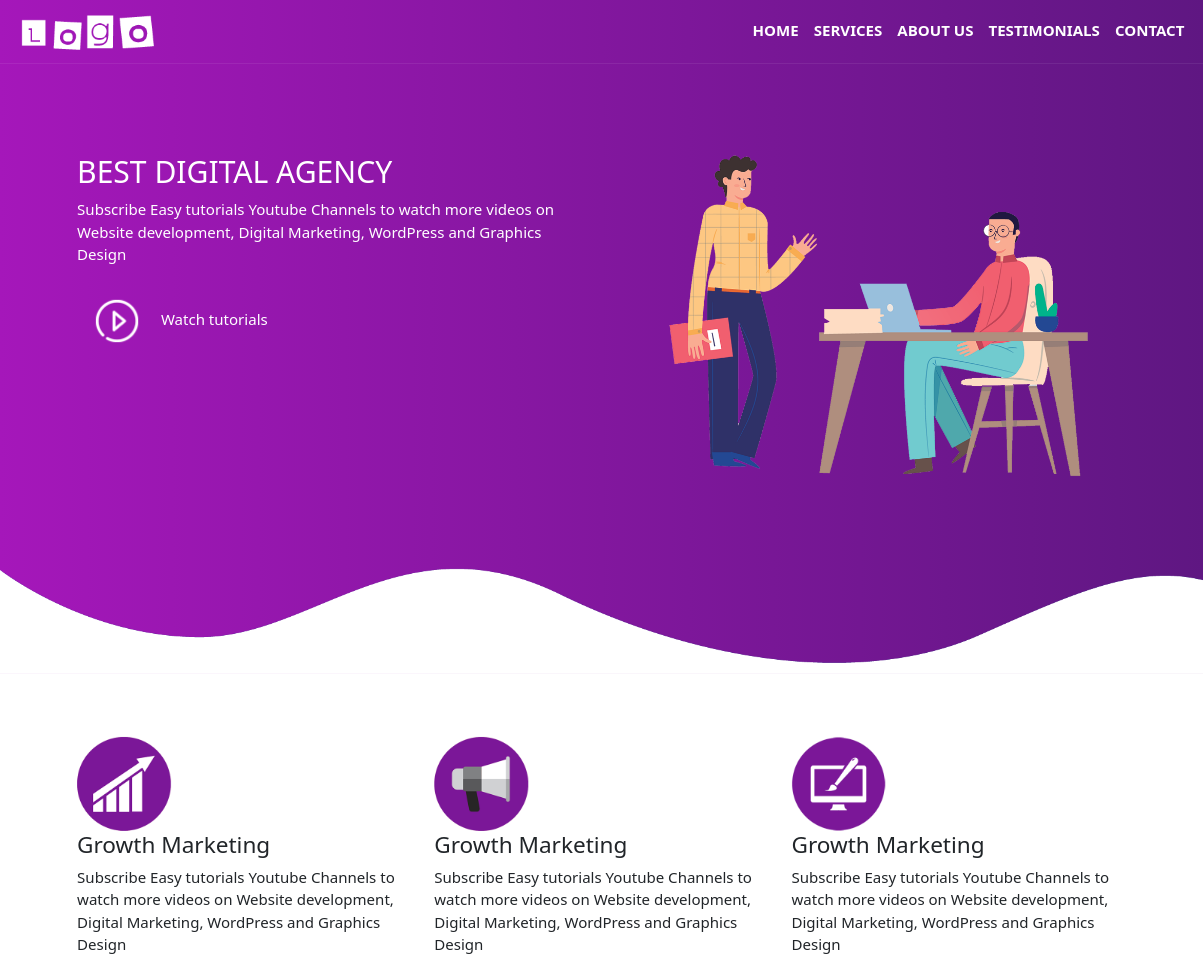
Repository: wadelfadill/Bootstrap_tache_2_website_design
Page: index.html
An editor plug-in stored every save of this project. The page is shown before and after the next save, followed by the edit.
The browser window is 1280 px wide. The pictures show the whole page, at 94% of full size.
Some web libraries are served in a nearby version.

Above is the page before, as saved 2023-04-05 16:24:28.

### index.html
<!DOCTYPE html>
<html lang="en">
<head>
    <meta charset="UTF-8">
    <meta http-equiv="X-UA-Compatible" content="IE=edge">
    <meta name="viewport" content="width=device-width, initial-scale=1.0">
    <!-- bootstrap css link -->
    <link href="https://cdn.jsdelivr.net/npm/bootstrap@5.1.3/dist/css/bootstrap.min.css" rel="stylesheet" integrity="sha384-1BmE4kWBq78iYhFldvKuhfTAU6auU8tT94WrHftjDbrCEXSU1oBoqyl2QvZ6jIW3" crossorigin="anonymous">
    <!-- css sheet link -->
    <link rel="stylesheet" href="style.css">
    <!-- fontawsome link -->
    <link rel="stylesheet" href="https://cdn.jsdelivr.net/npm/@fortawesome/fontawesome-free@6.2.1/css/fontawesome.min.css">
    <title>bootstrap_website_design</title>
    <script src="https://kit.fontawesome.com/8f130c8a35.js" crossorigin="anonymous"></script>
</head>
<body>
    <section id="nav-bar" class="sticky-top t-0">
        <nav class="navbar navbar-expand-lg navbar-light p-0">
            <div class="container-fluid">
              <a class="navbar-brand" href="#"><img src="images/demo-logo.png" alt="" class="w-75 h-50 p-2"></a>
              <button class="navbar-toggler" type="button" data-bs-toggle="collapse" data-bs-target="#navbarSupportedContent" aria-controls="navbarSupportedContent" aria-expanded="false" aria-label="Toggle navigation">
                <span><i class="fa-solid fa-bars fs-1" style="color: #ffffff;"></i></span>
              </button>
              <div class="collapse navbar-collapse justify-content-end" id="navbarSupportedContent">
                <ul class="navbar-nav ms-auto mb-2 mb-lg-0 ">
                  <li class="nav-item pt-0 pb-1 fw-bold">
                    <a class="nav-link active text-white float-end text-start" aria-current="page" href="#">HOME</a>
                  </li>
                  <li class="nav-item pt-0 pb-1 fw-bold">
                    <a class="nav-link text-white float-end text-start" href="#">SERVICES</a>
                  </li>
                  <li class="nav-item pt-0 pb-1 fw-bold">
                    <a class="nav-link text-white float-end text-start" href="#">ABOUT US</a>
                  </li>
                  <li class="nav-item pt-0 pb-1 fw-bold">
                    <a class="nav-link text-white float-end text-start" href="#">TESTIMONIALS</a>
                  </li>
                  <li class="nav-item pt-0 pb-1 fw-bold">
                    <a class="nav-link text-white float-end text-start" href="#">CONTACT</a>
                  </li>
                </ul>
              </div>
            </div>
          </nav>
    </section>
     <!--banner section  -->
     <section id="banner" class="text-white pt-5">
      <div class="container">
        <div class="row">
          <div class="col-md-6">
            <p class="h2 mt-5">BEST DIGITAL AGENCY</p>
            <p>
              Subscribe Easy tutorials Youtube Channels to watch more videos on
              Website development, Digital Marketing, WordPress and Graphics Design
            </p>
            <a href="" class="tuto text-white text-decoration-none"><img src="images/play.png" alt="" class="play-btn"> Watch tutorials</a>
          </div>
          <div class="col-md-6 text-center">
            <img src="images/home2.png" alt="" class="img-fluid">
          </div>
        </div>
      </div>
     <img src="images/wave1.png" alt="" class="w-100">
     </section>
     <!-- services section -->
     <section id="services" class="pt-5 pb-0">
        <div class="container">
          <div class="row">
            <div class="col-md-4">
              <img src="images/service1.png" alt="" class="service-img">
              <h4>Growth Marketing</h4>
              <p>
                Subscribe Easy tutorials Youtube Channels to watch more videos on
                Website development, Digital Marketing, WordPress and Graphics Design
              </p>
            </div>
            <div class="col-md-4">
              <img src="images/service2.png" alt="" class="service-img">
              <h4>Growth Marketing</h4>
              <p>
                Subscribe Easy tutorials Youtube Channels to watch more videos on
                Website development, Digital Marketing, WordPress and Graphics Design
              </p>
            </div>
            <div class="col-md-4">
              <img src="images/service3.png" alt="" class="service-img">
              <h4>Growth Marketing</h4>
              <p>
                Subscribe Easy tutorials Youtube Channels to watch more videos on
                Website development, Digital Marketing, WordPress and Graphics Design
              </p>
            </div>
          </div>
        </div>
     </section>


        <!-- bootstrap js link -->
    <script src="https://cdn.jsdelivr.net/npm/bootstrap@5.1.3/dist/js/bootstrap.bundle.min.js" integrity="sha384-ka7Sk0Gln4gmtz2MlQnikT1wXgYsOg+OMhuP+IlRH9sENBO0LRn5q+8nbTov4+1p" crossorigin="anonymous"></script>
</body>
</html>

### style.css
*{
    margin: 0;
    padding: 0;
}
.navbar{
    background-image: linear-gradient(to right, #a517ba, #5f1782);
}
.navbar-toggler{
    outline: none !important;
}
/* Banner section */
#banner{
    background-image: linear-gradient(to right, #a517ba, #5f1782);


}
.play-btn{
    width: 45px;
    margin: 20px;
}
.service-img{
    width: 100px;
    margin-top: 20px;
}

After the next save:
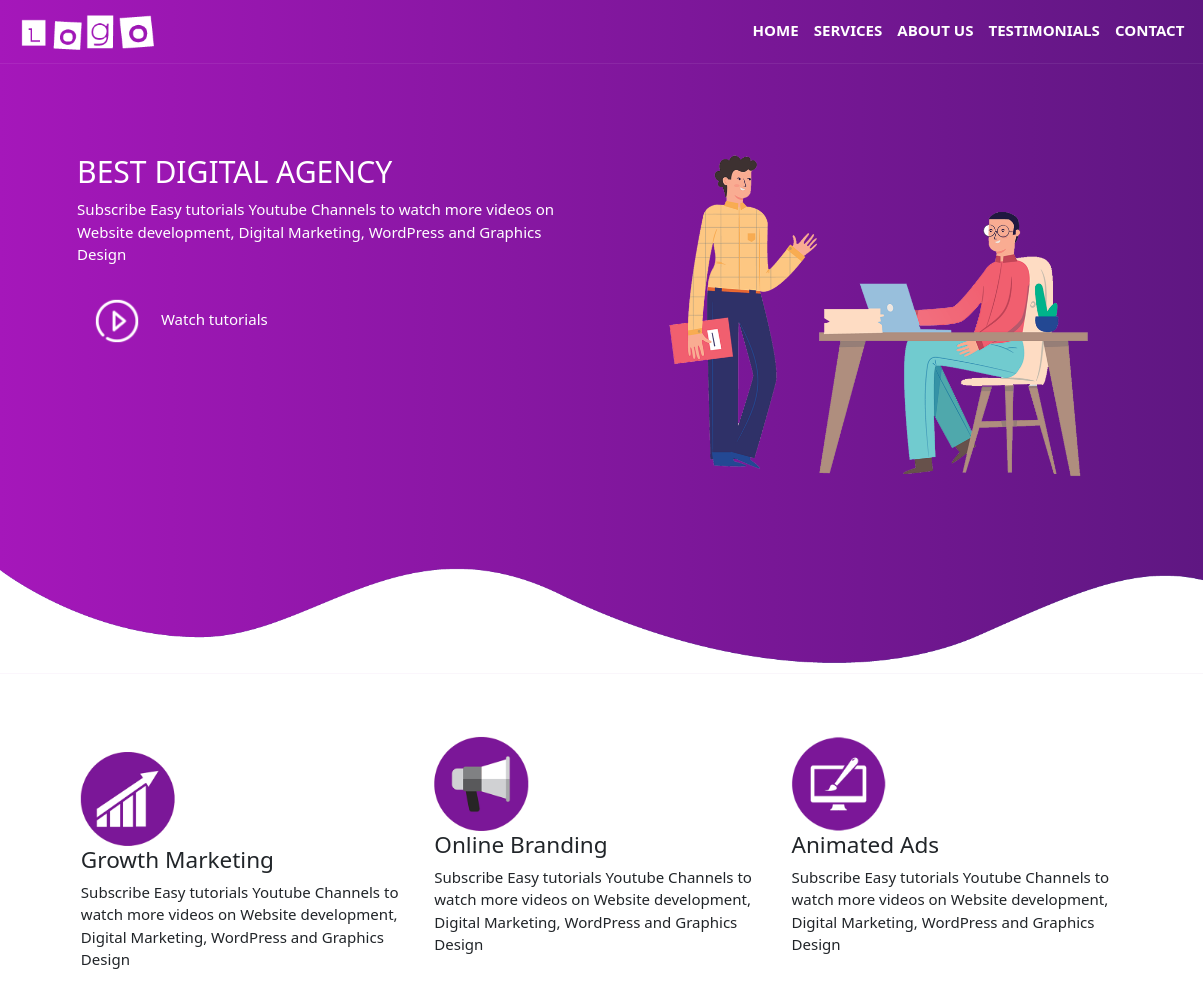
Saved 104 s later.
--- a/index.html
+++ b/index.html
@@ -66,7 +66,7 @@
      <section id="services" class="pt-5 pb-0">
         <div class="container">
           <div class="row">
-            <div class="col-md-4">
+            <div class="col-md-4 p-3">
               <img src="images/service1.png" alt="" class="service-img">
               <h4>Growth Marketing</h4>
               <p>
@@ -76,7 +76,7 @@
             </div>
             <div class="col-md-4">
               <img src="images/service2.png" alt="" class="service-img">
-              <h4>Growth Marketing</h4>
+              <h4>Online Branding</h4>
               <p>
                 Subscribe Easy tutorials Youtube Channels to watch more videos on
                 Website development, Digital Marketing, WordPress and Graphics Design
@@ -84,7 +84,7 @@
             </div>
             <div class="col-md-4">
               <img src="images/service3.png" alt="" class="service-img">
-              <h4>Growth Marketing</h4>
+              <h4>Animated Ads</h4>
               <p>
                 Subscribe Easy tutorials Youtube Channels to watch more videos on
                 Website development, Digital Marketing, WordPress and Graphics Design
